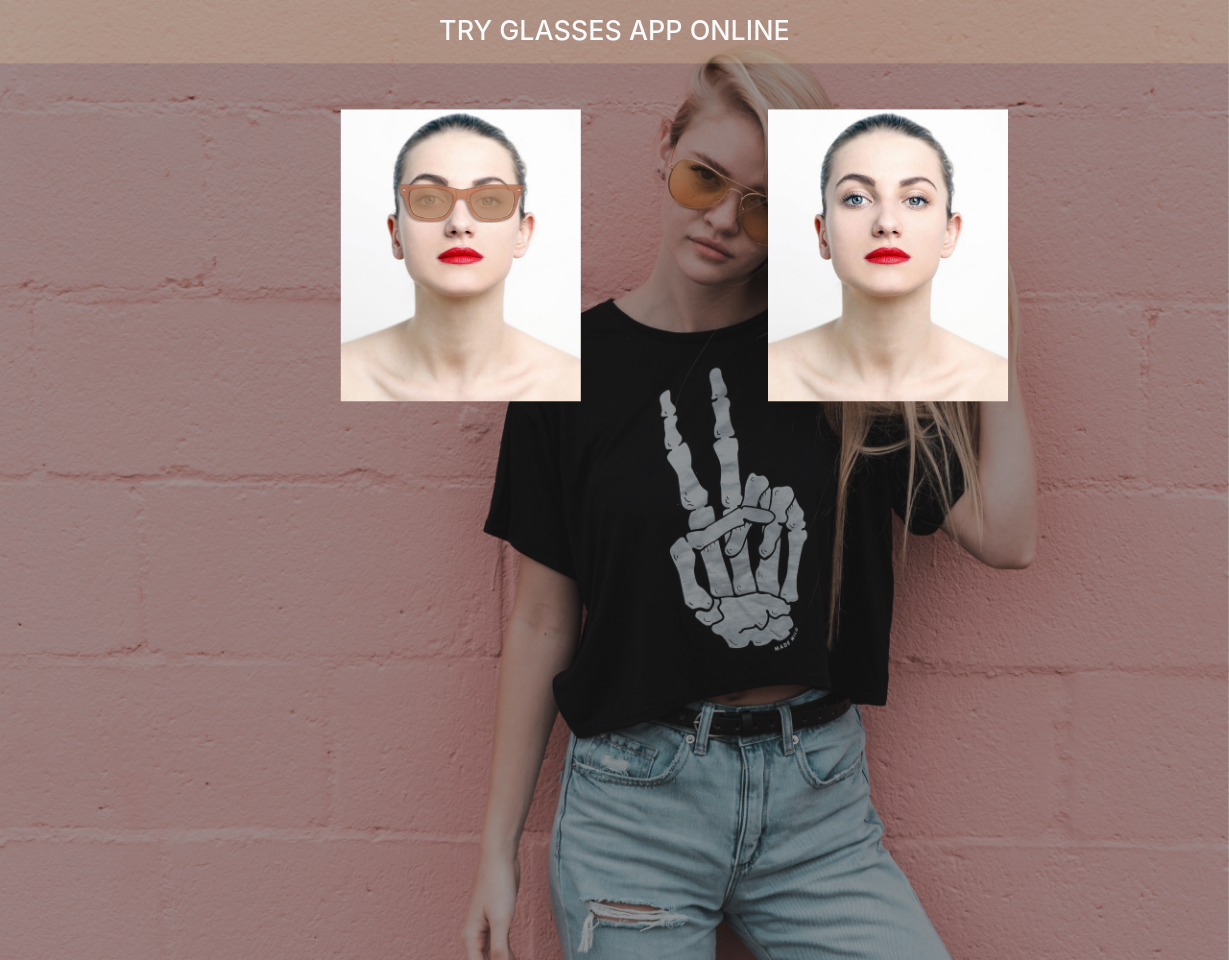
Repository: LeHieuSP/Baitapthukinh_LTH_FE70
Page: /
An editor plug-in stored every save of this project. The page is shown before and after the next save, followed by the edit.
The browser window is 1280 px wide. The pictures show the whole page, at 96% of full size.
The project was rebuilt for these pictures with package versions that can differ from the ones it lists, and the page was loaded fresh each time. Also part of the build but not shown: src/index.css, src/App.css, src/redux/actions/BaiTapDatVeAction.js, src/BaiTapRedux/BaiTapBookingTicket/ThongTinDatGhe.js, src/BaiTapRedux/BaiTapBookingTicket/HangGhe.js, src/BaiTapRedux/BaiTapBookingTicket/BaiTapBookingTicket.js.

Above is the page before, as saved 2022-03-09 17:21:08.

After the next save:
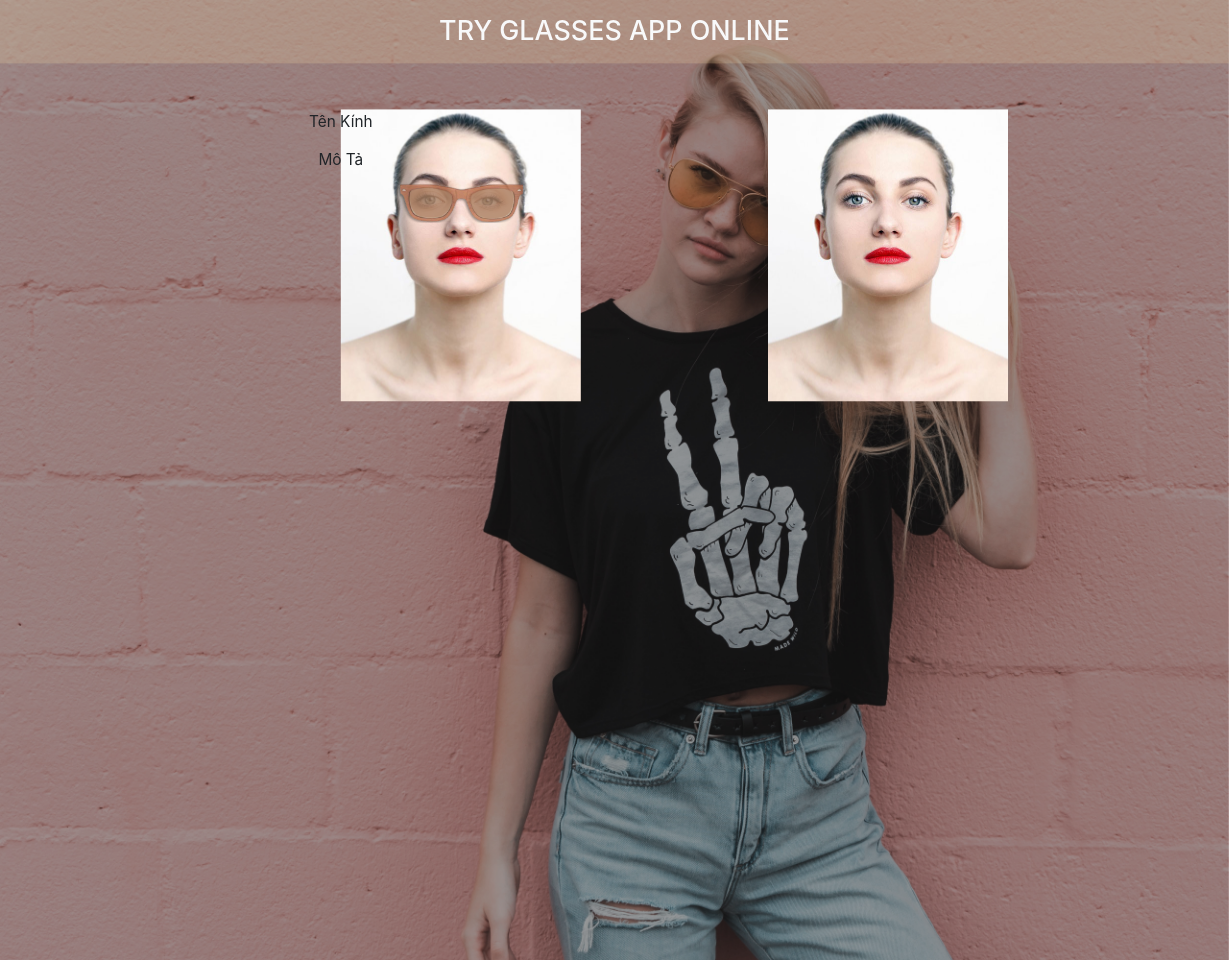
Saved 5 h 20 min later.
--- a/src/BaiTapThuKinh/BaiTapThuKinh.js
+++ b/src/BaiTapThuKinh/BaiTapThuKinh.js
@@ -40,6 +40,11 @@
                 <img style={styleGlasses}
                 className="position-absolute" src="./glassesImage/v1.png"
                 />
+                <div className="position-relative">
+                  <p>Tên Kính</p>
+                  <p>Mô Tả</p>
+
+                  </div>
                 </div>
               </div>
               <div className="col-6">
